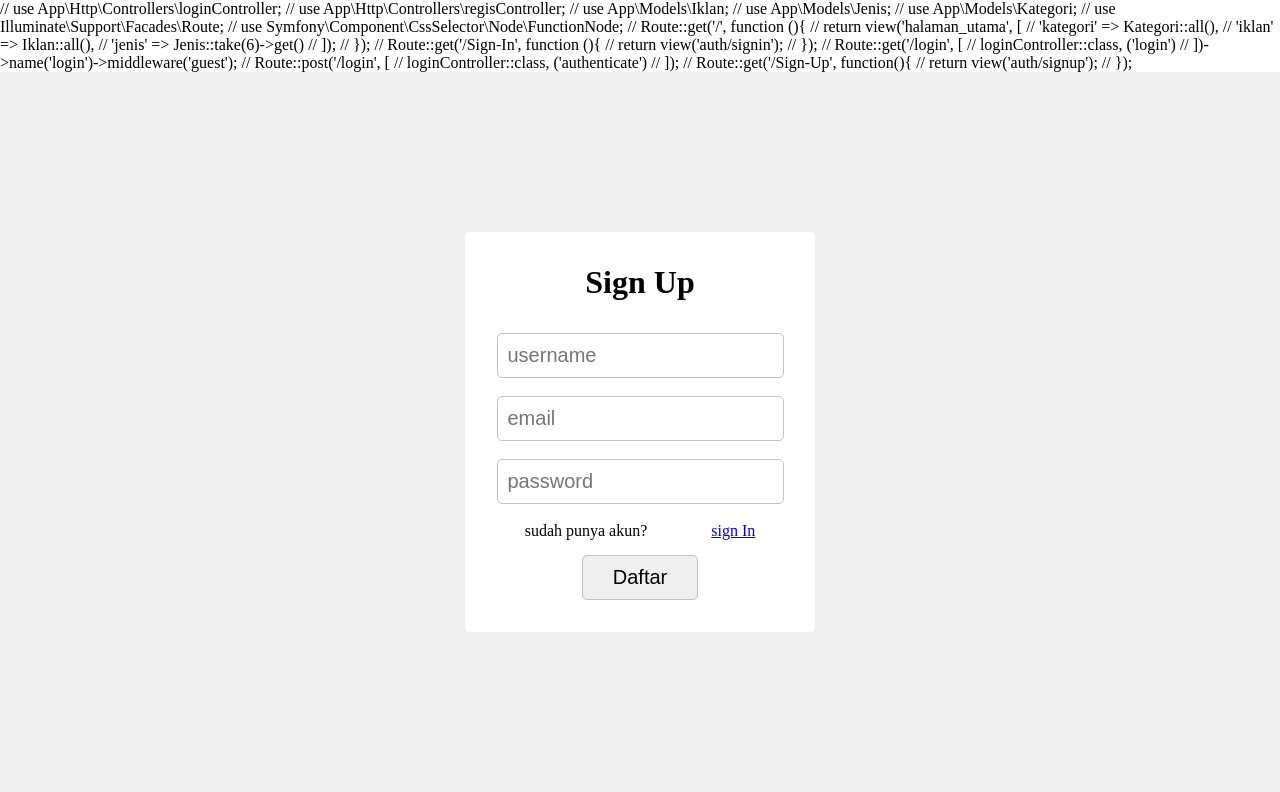
Repository: HabibAsyrof/project-akhir
Page: http://localhost/Sign-Up
The author's editor kept a copy of each file at every save. The page is drawn from the files as they stood at one save, then again after a run of saves.
The browser window is 1280 px wide. The pictures show the whole page.
The page is served by the project's Laravel application, run on PHP 8.4 with Laravel 12. Other server files are loaded and not shown.

Above is the page before, as saved 2024-10-10 14:08:26.

### routes/web.php

// use App\Http\Controllers\loginController;
// use App\Http\Controllers\regisController;
// use App\Models\Iklan;
// use App\Models\Jenis;
// use App\Models\Kategori;
// use Illuminate\Support\Facades\Route;
// use Symfony\Component\CssSelector\Node\FunctionNode;

// Route::get('/', function (){
//     return view('halaman_utama', [
//         'kategori' => Kategori::all(),
//         'iklan' => Iklan::all(),
//         'jenis' => Jenis::take(6)->get()
//     ]);
// });

// Route::get('/Sign-In', function (){
//     return view('auth/signin');
// });

// Route::get('/login', [
//     loginController::class, ('login')
// ])->name('login')->middleware('guest');

// Route::post('/login', [
//     loginController::class, ('authenticate')
// ]);

// Route::get('/Sign-Up', function(){
//     return view('auth/signup');
// });


<?php

// Menggunakan controller dan model yang diperlukan
use App\Http\Controllers\IklanController;
use App\Http\Controllers\JenisController;
use App\Http\Controllers\KategoriController;
use App\Http\Controllers\loginController;
use App\Http\Controllers\regisController;
use App\Models\Iklan;
use App\Models\Jenis;
use App\Models\Kategori;
use Illuminate\Support\Facades\Route;
use Illuminate\Http\Request;

// Rute untuk menampilkan halaman Sign-In
Route::get('/Sign-In', [
    loginController::class,
    ('login')
])->middleware('guest')->name('login');

// Rute untuk menangani autentikasi pengguna
Route::post('/login', [
    loginController::class,
    ('authenticate')
]);

// Rute untuk menampilkan halaman Sign-Up
Route::get('/Sign-Up', function () {
    return view('auth/signup'); // Mengembalikan tampilan signup
})->middleware('guest');

// Rute untuk menangani pendaftaran pengguna
Route::post('/register', [
    regisController::class,
    ('register')
]);

// Rute untuk menampilkan dashboard admin setelah autentikasi
Route::get('/admin', function () {
    $kategori = Kategori::all(); // Mengambil semua kategori dari database
    return view('/admin/admin-kategori', [
        'kategori' => $kategori,
        'title' => 'dashboard' // Mengatur title halaman
    ]);
})->middleware('auth')->name('halaman-utama'); // Hanya dapat diakses oleh pengguna yang terautentikasi

// Rute untuk menambah kategori baru
Route::post('/admin/create', [
    KategoriController::class, 'tambah_kategori'
]);

// Rute untuk menampilkan halaman logout
Route::get('/logout', [
    loginController::class, 'logout'
]);

// Rute untuk menampilkan halaman utama
Route::get('/', function () {
    return view('halaman_utama', [
        'kategori' => Kategori::all(), // Mengambil semua kategori
        'jenis' => Jenis::take(6)->get(), // Mengambil 6 jenis
        'iklan' => Iklan::all() // Mengambil semua iklan
    ]);
});

// Rute untuk menampilkan formulir pembuatan kategori di admin
Route::get('/admin/kategori/create', function() {
    return view('admin/create-kategori', [
        'title' => 'add category' // Mengatur title halaman
    ]);
});

// Rute untuk menampilkan daftar jenis di admin
Route::get('/admin/jenis', function(){
    $jenis = Jenis::all(); // Mengambil semua jenis dari database
    return view('/admin/admin-jenis', [
        'jenis' => $jenis,
        'title' => 'dashboard' // Mengatur title halaman
    ]);
});

// Rute untuk menampilkan formulir pembuatan jenis
Route::get('/admin/jenis/create', function() {
    return view('admin/create-jenis', [
        'title' => 'add category', // Mengatur title halaman
        'kategori' => Kategori::all(), // Mengambil semua kategori untuk ditampilkan di formulir
    ]);
});

// Rute untuk menambah jenis baru
Route::post('/admin/create-jenis', [
    JenisController::class, 'tambah_jenis'
]);

// Rute untuk menampilkan daftar iklan di admin
Route::get('/admin/iklan', function(){
    $iklan = Iklan::all(); // Mengambil semua iklan dari database
    return view('/admin/admin-iklan', [
        'iklan' => $iklan,
        'title' => 'dashboard' // Mengatur title halaman
    ]);
});

// Rute untuk menampilkan formulir pembuatan iklan
Route::get('/admin/iklan/create', function() {
    return view('admin/create-iklan', [
        'title' => 'add category' // Mengatur title halaman
    ]);
});

// Rute untuk menambah iklan baru
Route::post('/admin/create-iklan', [
    IklanController::class, 'tambah_iklan'
]);

// Rute untuk menampilkan halaman berdasarkan kategori iPhone
Route::get('/halaman-iphone/{id}', function(Request $request) {
    // Mengambil jenis berdasarkan kategori ID dari parameter rute
    return view('halaman-iphone', [
        'jenis' => Jenis::where('kategori_id', $request->route('id'))->get(), // Mengambil jenis yang terkait dengan kategori tertentu
    ]);
});

### resources/views/auth/signup.blade.php
<!DOCTYPE html>
<html lang="en">

<head>
    <meta charset="UTF-8">
    <meta name="viewport" content="width=device-width, initial-scale=1.0">
    <meta http-equiv="X-UA-Compatible" content="ie=edge">
    <link rel="stylesheet" href="css/login.css">
    <title>Sign In</title>
</head>

<body>
    <div class="container-login">
        <form action="/register" method="POST">
            @csrf
            <div class="judul">
                <h1>Sign Up</h1>
            </div>
            <div class="login">
                <input type="username" name="name" placeholder="username"><br>
                @error('name')
                    <p>{{$message}}</p>
                @enderror
                <input type="email" name="email" placeholder="email"><br>
                @error('email')
                    <p>{{$message}}</p>
                @enderror
                <input type="password" name="password" placeholder="password"><br>
                @error('password')
                    <p>{{$message}}</p>
                @enderror
                <div class="regis">
                    <p>sudah punya akun?</p>
                    <a href="/Sign-In">sign In</a>
                </div>
                <button type="submit" class="login-btn">Daftar</button>
            </div>
        </form>
    </div>
</body>

</html>

### public/css/login.css
body,*,html {
    margin: 0;
    padding: 0;
}
.container-login {
    display: flex;
    justify-content: center;
    align-items: center;
    height: 100vh;
    align-items: center;
    background-color: #eee;
}
form {
    background-color: #ffff;
    height: 400px;
    width: 350px;
    display: flex;
    flex-direction: column;
    justify-content: center;
    gap: 2rem;
    border-radius: 5px;
}
.login {
    display: flex;
    flex-direction: column;
    justify-content: center;
    align-items: center;
}
.judul {
    display: flex;
    justify-content: center;
    align-items: center;
}
input {
    font-size: 20px;
    padding: 10px;
    border: solid 1px rgb(196, 195, 195);
    border-radius: 5px;
}
.login-btn {
    font-size: 20px;
    padding: 10px 30px 10px 30px;
    border: solid 1px rgb(196, 195, 195);
    border-radius: 5px;
}
.regis {
    display: flex;
    gap: 4rem;
    padding-bottom: 15px;
}
.error {
    padding: 10px;
    color: crimson;
}

After the next 5 saves:
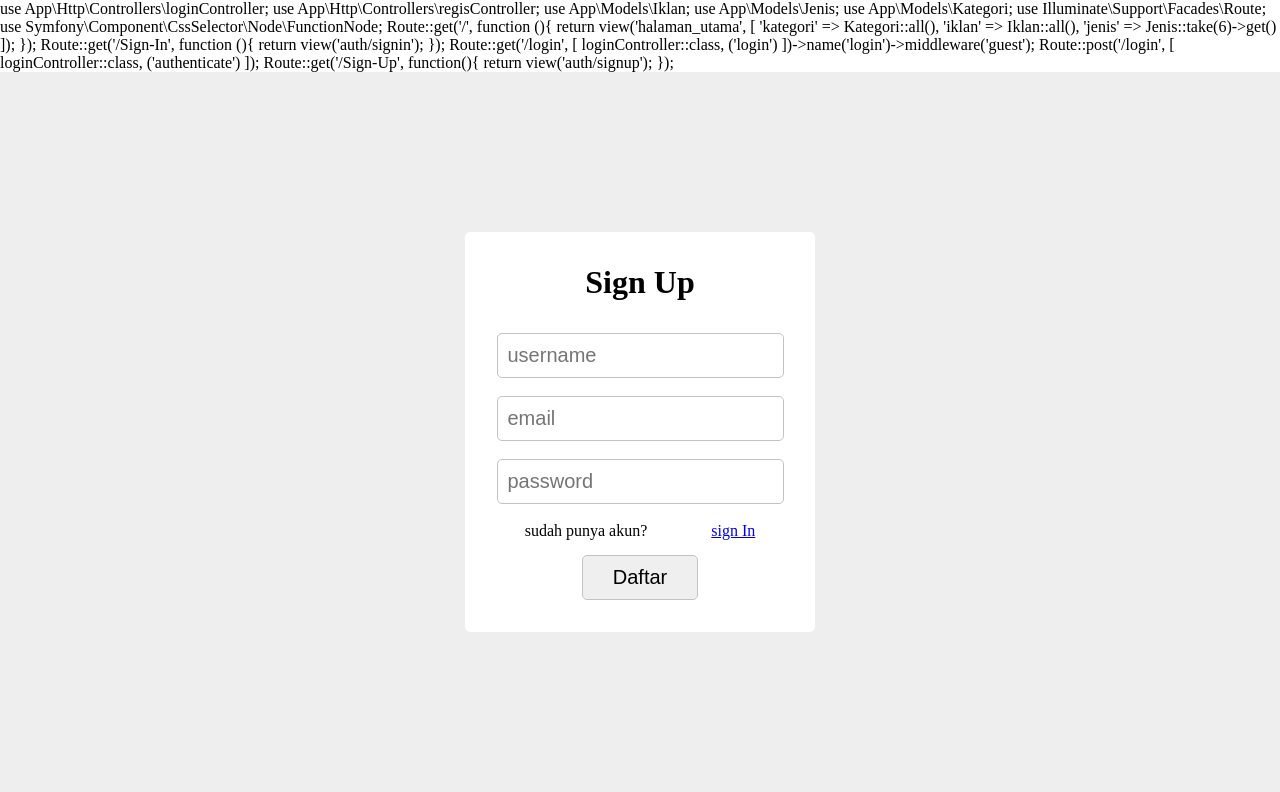
The 5 saves are shown as one change because 3 did not build or start and some came seconds apart.
The last was saved 39 s later.
--- a/routes/web.php
+++ b/routes/web.php
@@ -1,35 +1,37 @@
 
-// use App\Http\Controllers\loginController;
-// use App\Http\Controllers\regisController;
-// use App\Models\Iklan;
-// use App\Models\Jenis;
-// use App\Models\Kategori;
-// use Illuminate\Support\Facades\Route;
-// use Symfony\Component\CssSelector\Node\FunctionNode;
 
-// Route::get('/', function (){
-//     return view('halaman_utama', [
-//         'kategori' => Kategori::all(),
-//         'iklan' => Iklan::all(),
-//         'jenis' => Jenis::take(6)->get()
-//     ]);
-// });
 
-// Route::get('/Sign-In', function (){
-//     return view('auth/signin');
-// });
+use App\Http\Controllers\loginController;
+use App\Http\Controllers\regisController;
+use App\Models\Iklan;
+use App\Models\Jenis;
+use App\Models\Kategori;
+use Illuminate\Support\Facades\Route;
+use Symfony\Component\CssSelector\Node\FunctionNode;
 
-// Route::get('/login', [
-//     loginController::class, ('login')
-// ])->name('login')->middleware('guest');
+Route::get('/', function (){
+    return view('halaman_utama', [
+        'kategori' => Kategori::all(),
+        'iklan' => Iklan::all(),
+        'jenis' => Jenis::take(6)->get()
+    ]);
+});
 
-// Route::post('/login', [
-//     loginController::class, ('authenticate')
-// ]);
+Route::get('/Sign-In', function (){
+    return view('auth/signin');
+});
 
-// Route::get('/Sign-Up', function(){
-//     return view('auth/signup');
-// });
+Route::get('/login', [
+    loginController::class, ('login')
+])->name('login')->middleware('guest');
+
+Route::post('/login', [
+    loginController::class, ('authenticate')
+]);
+
+Route::get('/Sign-Up', function(){
+    return view('auth/signup');
+});
 
 
 <?php
